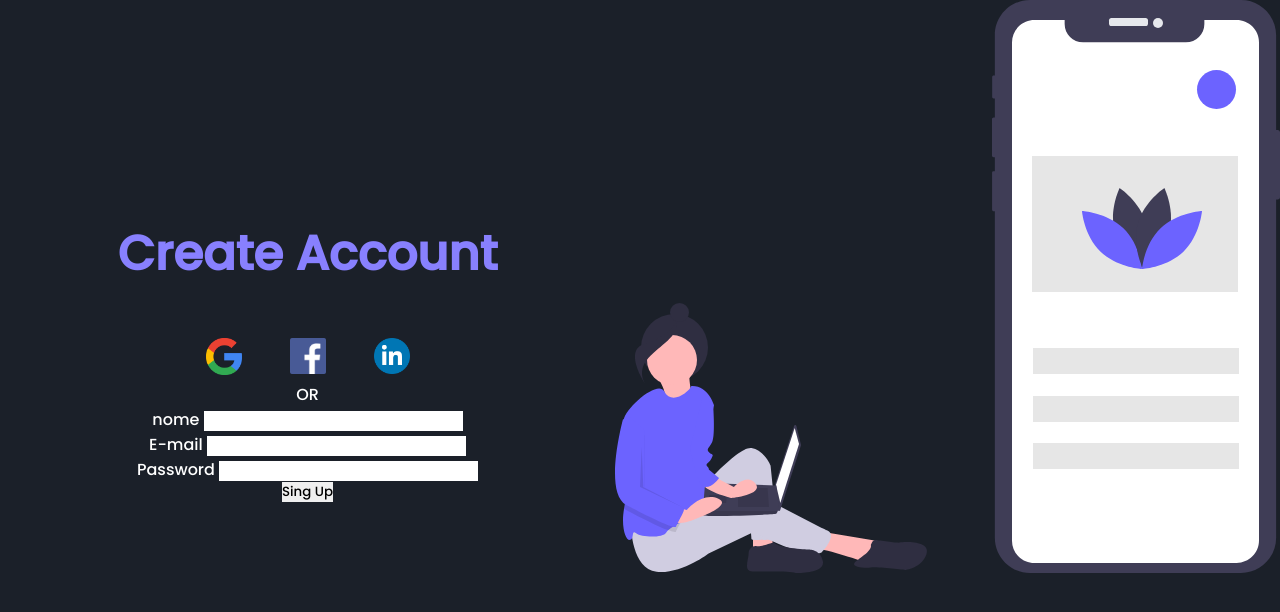
Repository: daniel-victorr/Cadastro
Page: login.html
These files come from the project's save history. The page is drawn as it stood at one moment and after a run of saves; the edit follows.
The browser window is 1280 px wide. The pictures show the whole page.

Above is the page before, as saved 2022-02-17 16:23:38.

### login.html
<!DOCTYPE html>
<html lang="en">
<head>
    <meta charset="UTF-8">
    <meta http-equiv="X-UA-Compatible" content="IE=edge">
    <meta name="viewport" content="width=device-width, initial-scale=1.0">
    <link rel="stylesheet" href="Cadastro.css">
    <title>Cadastro</title>
</head>
<body>
    <main>
        <h1> Create Account</h1>
          <div class="Social-midia">
             <a href="#">
                <img src="Fotos/google.png" alt="Google">
             </a>
             <a href="#">
                <img src="Fotos/facebook.png" alt="Facebook">
             </a>
             <a href="#">
                <img src="Fotos/linkedin.png"alt="linkedin">
             </a>
          </div>
          <div class="Alternativa">
              <span>OR</span>
          </div>
          <form action="">
              <label for="nome">
                 <span>nome</span>
                 <input type="text" id="nome" name="nome">
              </label>

              <label for="Email">
                  <span>E-mail</span>
                  <input type="text" id="Email" name="Email">
              </label>

              <label for="password">
                  <span>Password</span>
                  <input type="Password" id="Password" name="Password">
              </label>
              <input type="submit" value="Sing Up">

          </form>
    </main>
    <section clas="images">
        <img src="Fotos/mobile.svg" alt="Mobile">
        <div class="circle"></div>
    </section>

</body>
</html>

### Cadastro.css
@import url('https://fonts.googleapis.com/css2?family=Poppins:ital,wght@0,500;1,200&family=Titillium+Web:wght@200&display=swap');

*{
    margin:0;
    padding: 0;
    border: 0;
    box-sizing: border-box;
    font-family: "Poppins",sans-serif;
}

body{
    background: #1B2029;
    color: white;
    font-weight: 500;
    display: flex;
    min-height: 100vh;

}

main{
    width: 50vw;
    display: flex;
    flex-direction: column;
    align-items: center;
    justify-content: center;
}

main h1{
    color:#8880FE;
    font-size: 3rem;
    margin-bottom: 3rem;
}

main .Social-midia{
    display: flex;
    align-content: center;
}

main .Social-midia a{
    text-decoration: none;
}

main .Social-midia img{
    width: 36px;
    margin-left: 3rem;
}

main .Social-midia a:first-child img{
    margin-left: 0;
}

main form{
    display:flex;
    flex-direction: column;
    align-items: center;
}

main form label

After the next 2 saves:
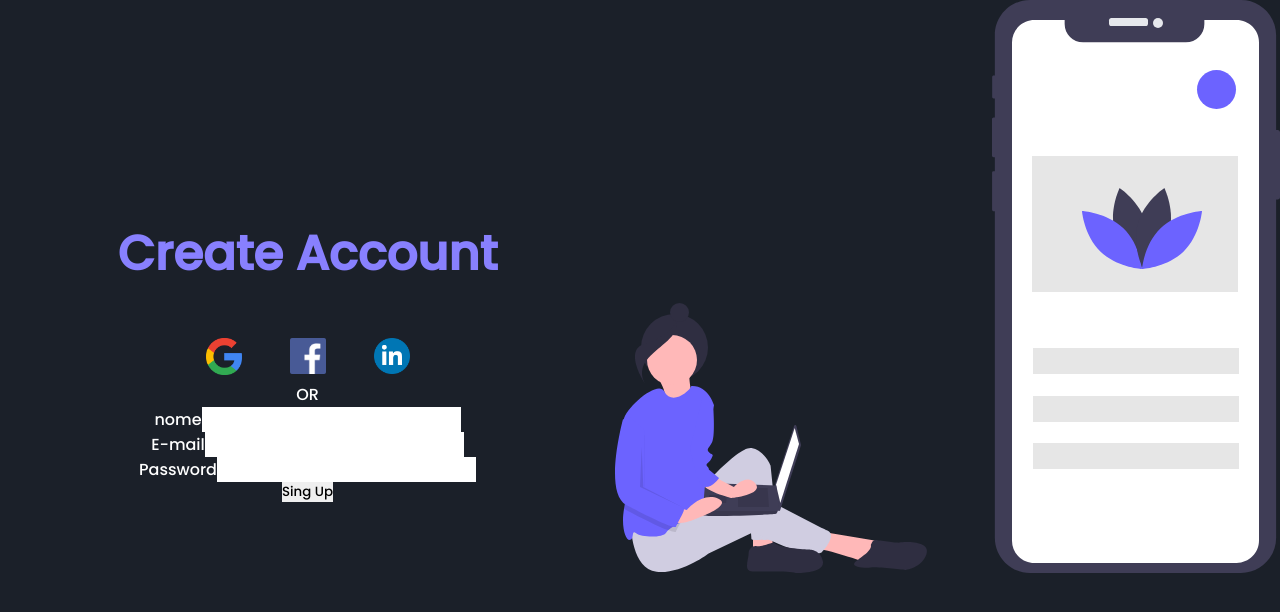
The 2 saves are shown as one change because they came seconds apart.
The last was saved 11 s later.
--- a/Cadastro.css
+++ b/Cadastro.css
@@ -55,4 +55,7 @@ main form{
     align-items: center;
 }
 
-main form label
+main form label{
+    display: flex;
+
+}
